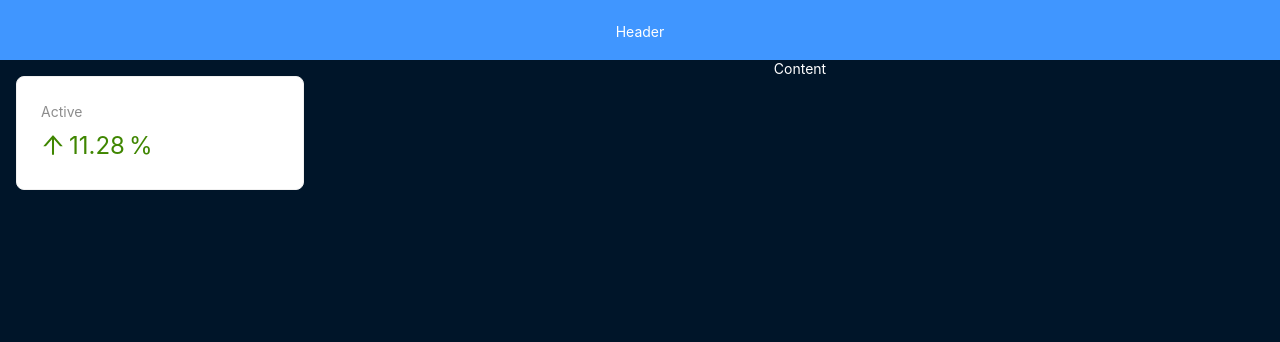
Repository: Vadia23/React-Crypto-App
Page: /
An editor plug-in stored every save of this project. The page is shown before and after the next save, followed by the edit.
The browser window is 1280 px wide. The pictures show the whole page.
The project was rebuilt for these pictures with package versions that can differ from the ones it lists, and the page was loaded fresh each time. Also part of the build but not shown: vite.config.js.

Above is the page before, as saved 2024-02-08 17:55:43.

### src/App.jsx
import { Layout } from "antd";
import AppHeader from "./components/layout/AppHeader";
import AppSider from "./components/layout/AppSider";
import AppContent from "./components/layout/AppConten";

export default function App() {
  return (
    <Layout>
      <AppHeader />
      <Layout>
        <AppSider />
        <AppContent />
      </Layout>
    </Layout>
  );
}

### src/components/layout/AppHeader.jsx
import { Layout } from "antd";

const headerStyle = {
  textAlign: "center",
  color: "#fff",
  height: 60,
  paddingInline: 48,
  lineHeight: "64px",
  backgroundColor: "#4096ff",
};

export default function AppHeader() {
  return <Layout.Header style={headerStyle}>Header</Layout.Header>;
}

### src/components/layout/AppSider.jsx
import { Card, Layout, Statistic } from "antd";
import { ArrowUpOutlined } from "@ant-design/icons";

const siderStyle = {
  padding: "1rem",
};

export default function AppSider() {
  return (
    <Layout.Sider width="25%" style={siderStyle}>
      <Card>
        <Statistic
          title="Active"
          value={11.28}
          precision={2}
          valueStyle={{ color: "#3f8600" }}
          prefix={<ArrowUpOutlined />}
          suffix="%"
        />
      </Card>
    </Layout.Sider>
  );
}

### src/components/layout/AppConten.jsx
import { Layout } from "antd";

const contentStyle = {
  textAlign: "center",
  minHeight: "calc(100vh - 60px)",
  color: "#fff",
  backgroundColor: "#001529",
};

export default function AppContent() {
  return <Layout.Content style={contentStyle}>Content</Layout.Content>;
}

Loaded but not shown: index.html (common file); src/main.jsx (common file); src/index.css (common file)

After the next save:
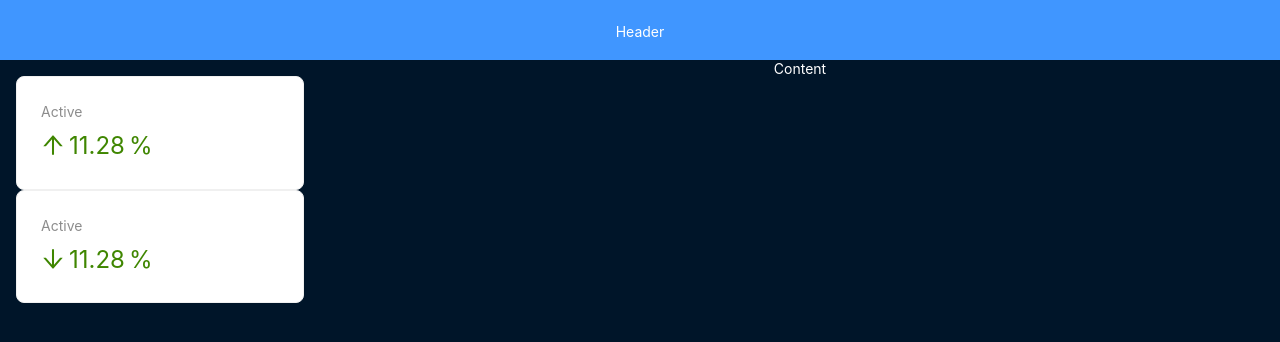
Saved 75 s later.
--- a/src/components/layout/AppSider.jsx
+++ b/src/components/layout/AppSider.jsx
@@ -1,5 +1,5 @@
 import { Card, Layout, Statistic } from "antd";
-import { ArrowUpOutlined } from "@ant-design/icons";
+import { ArrowDownOutlined, ArrowUpOutlined } from "@ant-design/icons";
 
 const siderStyle = {
   padding: "1rem",
@@ -18,6 +18,16 @@
           suffix="%"
         />
       </Card>
+      <Card>
+        <Statistic
+          title="Active"
+          value={11.28}
+          precision={2}
+          valueStyle={{ color: "#3f8600" }}
+          prefix={<ArrowDownOutlined />}
+          suffix="%"
+        />
+      </Card>
     </Layout.Sider>
   );
 }
